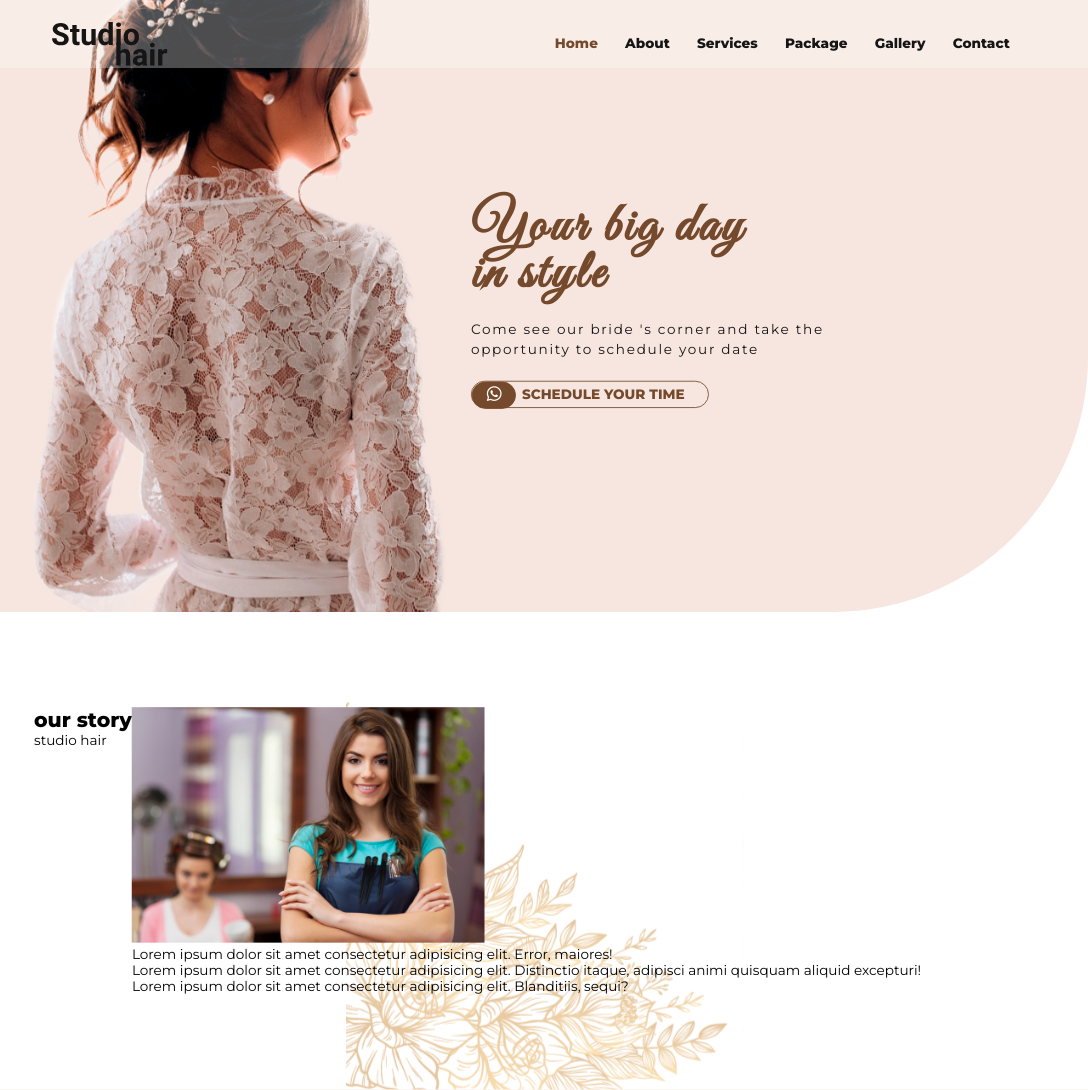
Repository: TuanHuflit2k1/clone-web01
Page: index.html
The author's editor kept a copy of each file at every save. The page is drawn from the files as they stood at one save, then again after a run of saves.
The browser window is 1280 px wide. The pictures show the whole page, at 85% of full size.
Some web libraries are served in a nearby version.

Above is the page before, as saved 2022-04-28 11:07:54.

After the next 5 saves:
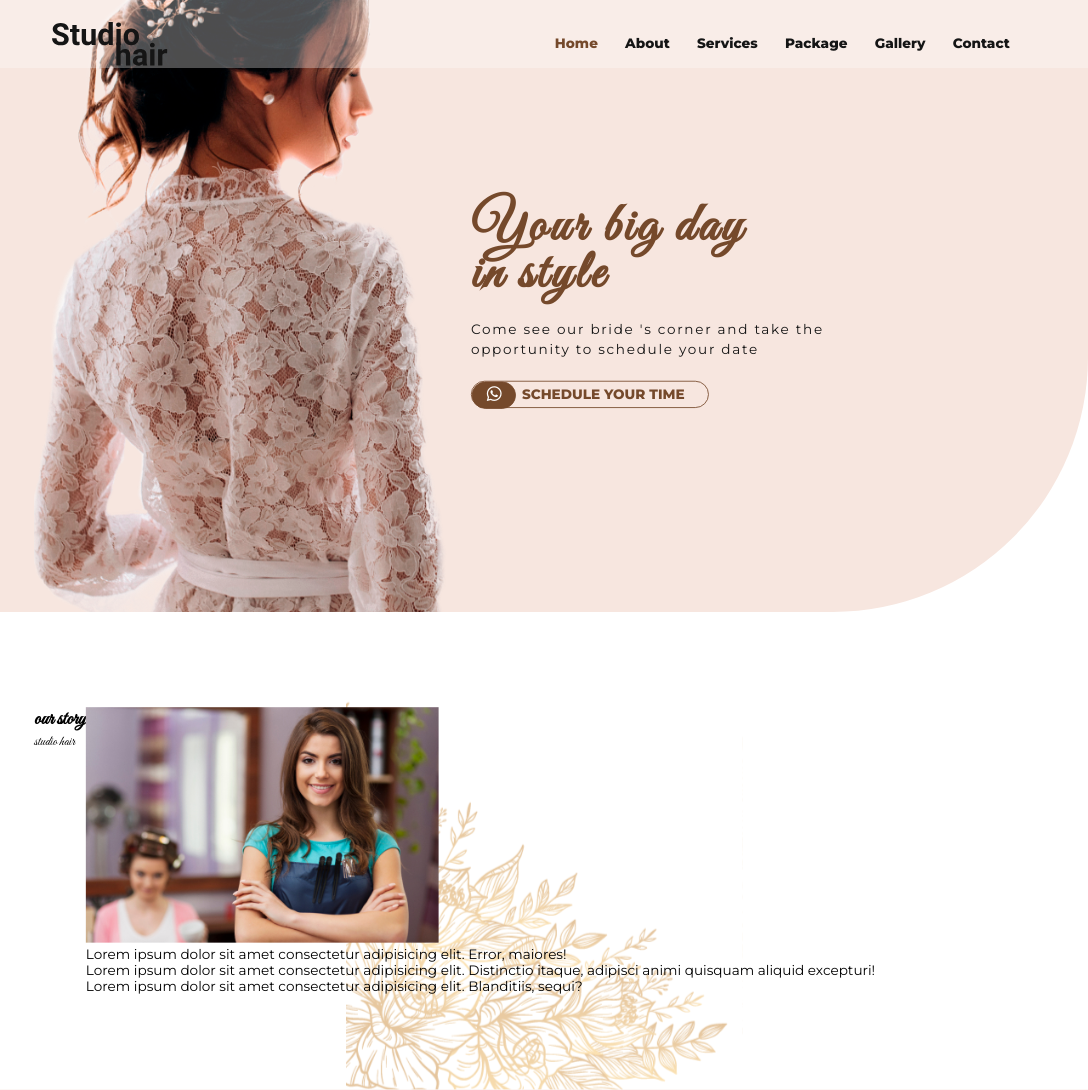
The 5 saves are shown as one change because they came seconds apart.
The last was saved 11 s later.
--- a/style.css
+++ b/style.css
@@ -218,7 +218,8 @@ body {
   flex-wrap: wrap;
 }
 .section-title {
-    font-family: ;
+    font-family: var(--font-cursive);
+    font-size: ;
 }
 @media (max-width: 920px) {
   .nav-menu {
